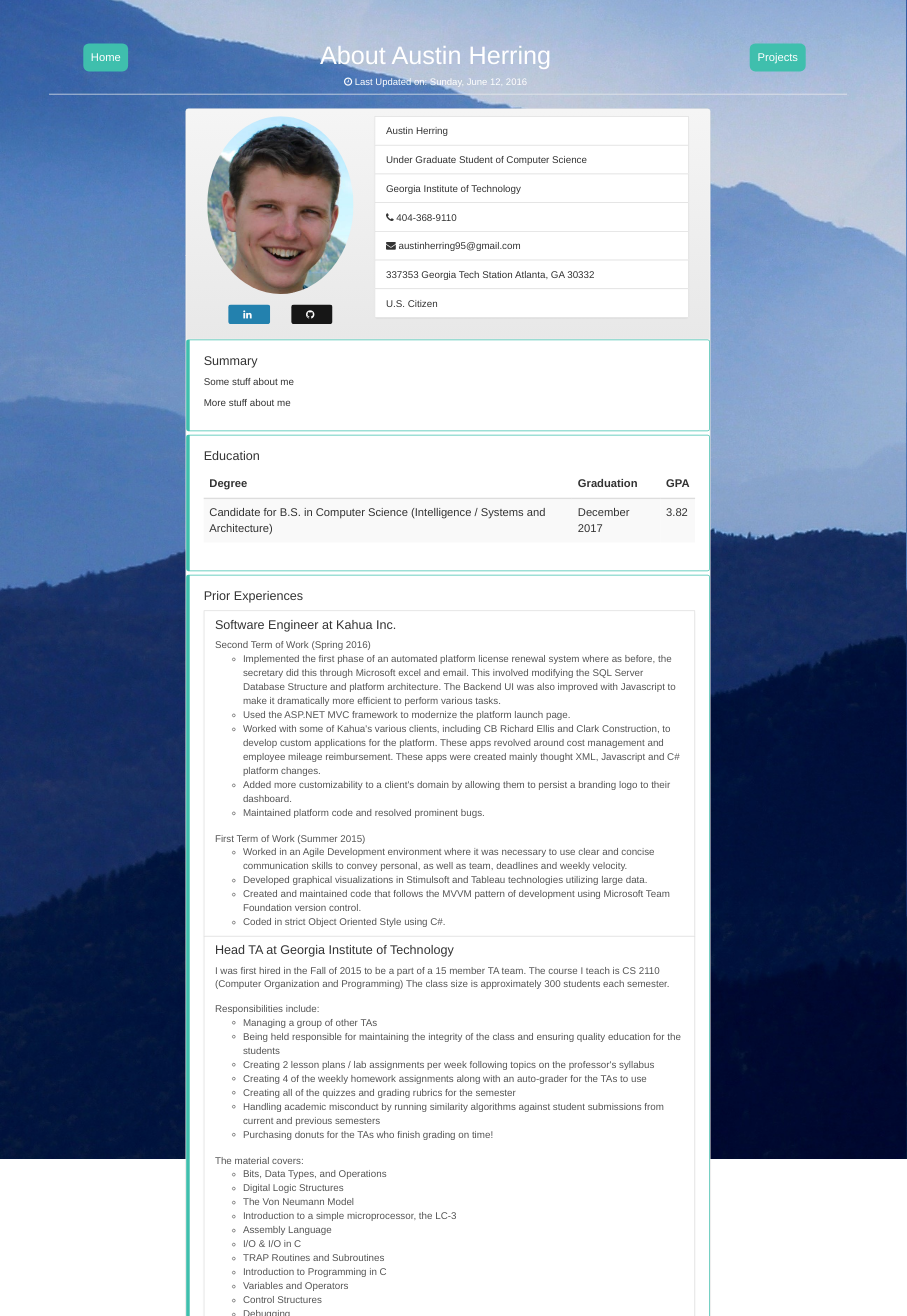
Repository: austinHerring/PersonalWebsite
Page: PersonalWebsite/WebContent/about.html
The author's editor kept a copy of each file at every save. The page is drawn from the files as they stood at one save, then again after the next save.
The browser window is 1280 px wide. The page is 1280 px wide, then 1295 px, then 1280 px, so the pictures cover 1295 px, including what lies to the right of the window. The pictures show the part of the page from y = 0 to 1880 px (the page is 2987 px tall before and 2931 px after), at 70% of full size.
Some web libraries are served in a nearby version.

Above is the page before, as saved 2016-06-13 03:29:15.

After the next save:
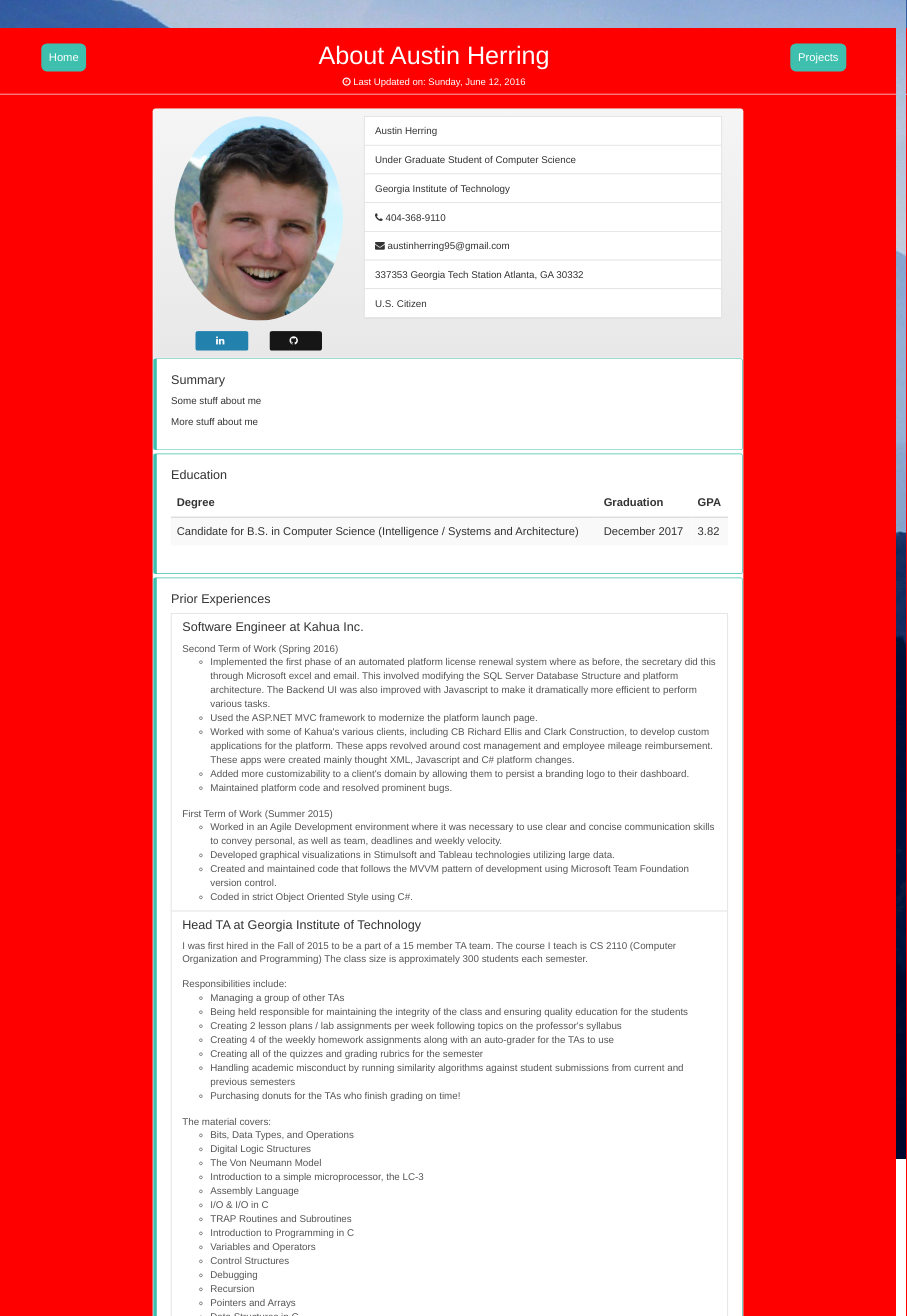
Saved 4 s later.
--- a/PersonalWebsite/WebContent/about.html
+++ b/PersonalWebsite/WebContent/about.html
@@ -8,7 +8,7 @@
 	<link rel="stylesheet" href="css/general.css">
 </head>
 <body>
-	<div class="container" id="page-wrap">
+	<div class="moo" id="page-wrap">
 		<div class="resume">
 	    <header class="page-header">
 		    <table class="table-header">

After the save that followed:
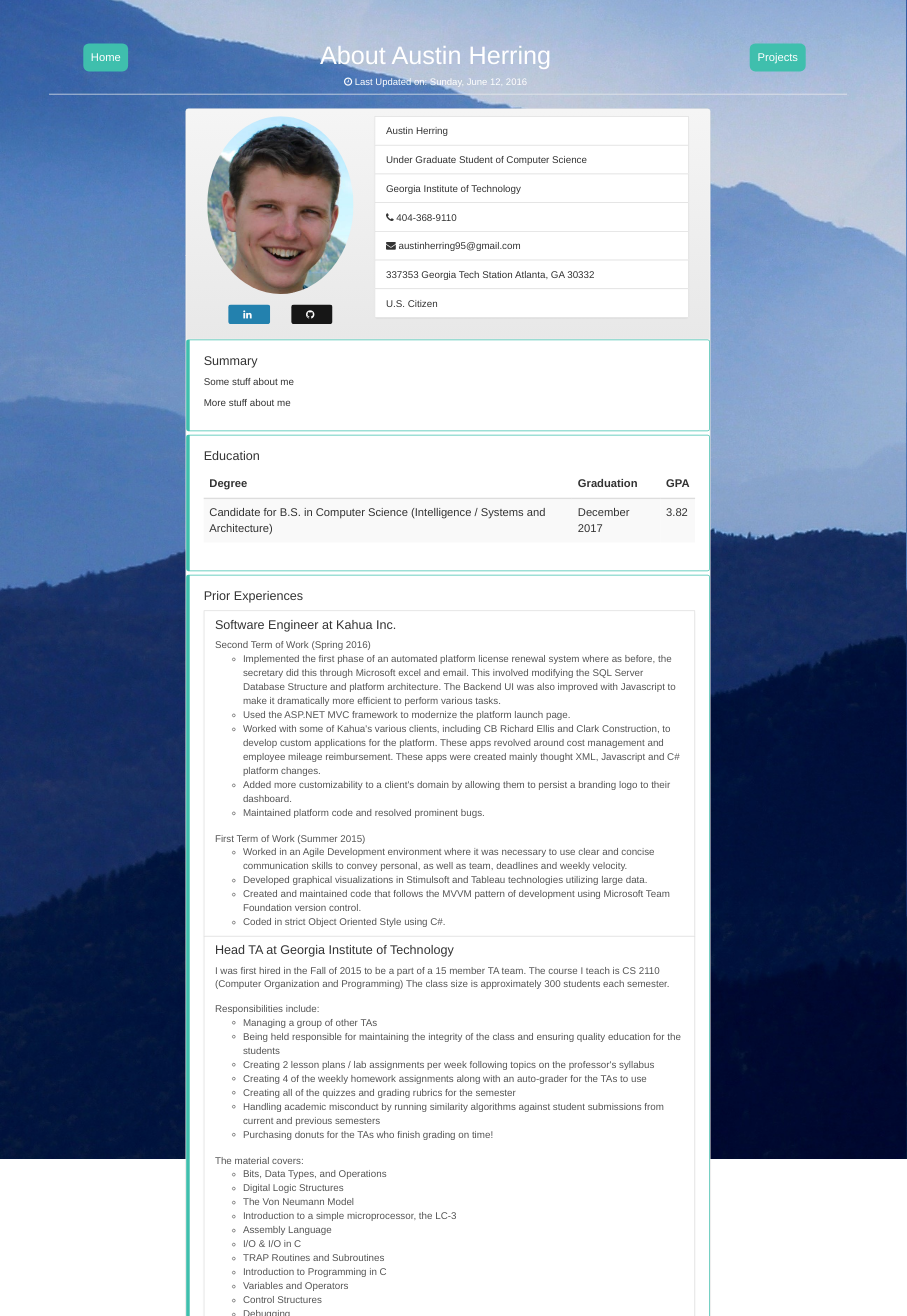
Saved 16 s later.
--- a/PersonalWebsite/WebContent/about.html
+++ b/PersonalWebsite/WebContent/about.html
@@ -8,7 +8,7 @@
 	<link rel="stylesheet" href="css/general.css">
 </head>
 <body>
-	<div class="moo" id="page-wrap">
+	<div class="container" id="page-wrap">
 		<div class="resume">
 	    <header class="page-header">
 		    <table class="table-header">
